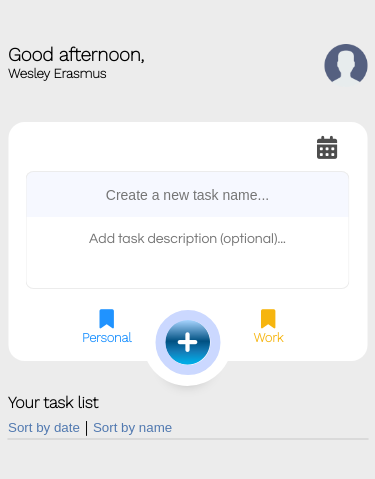
Repository: WesleyErasmus/Todo-App
Page: todoApp.html
The author's editor kept a copy of each file at every save. The page is drawn from the files as they stood at one save, then again after the next save.
The browser window is 375 px wide. The pictures show the whole page.
Some web libraries are served in a nearby version.

Above is the page before, as saved 2022-06-25 12:02:45.

After the next save:
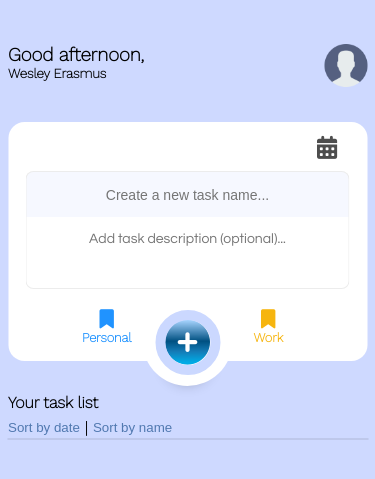
Saved 14 s later.
--- a/source/css/todoApp.css
+++ b/source/css/todoApp.css
@@ -687,9 +687,8 @@ Task title, Task description, Show description button */
 @media only screen and (max-width: 400px) {
 
   body {
-    /* background: var(--background);
-    background-image: var(--background-color); */
-    background-color: #ececec;
+    background: var(--background);
+    background-image: var(--background-color);
   }
 
   main {
